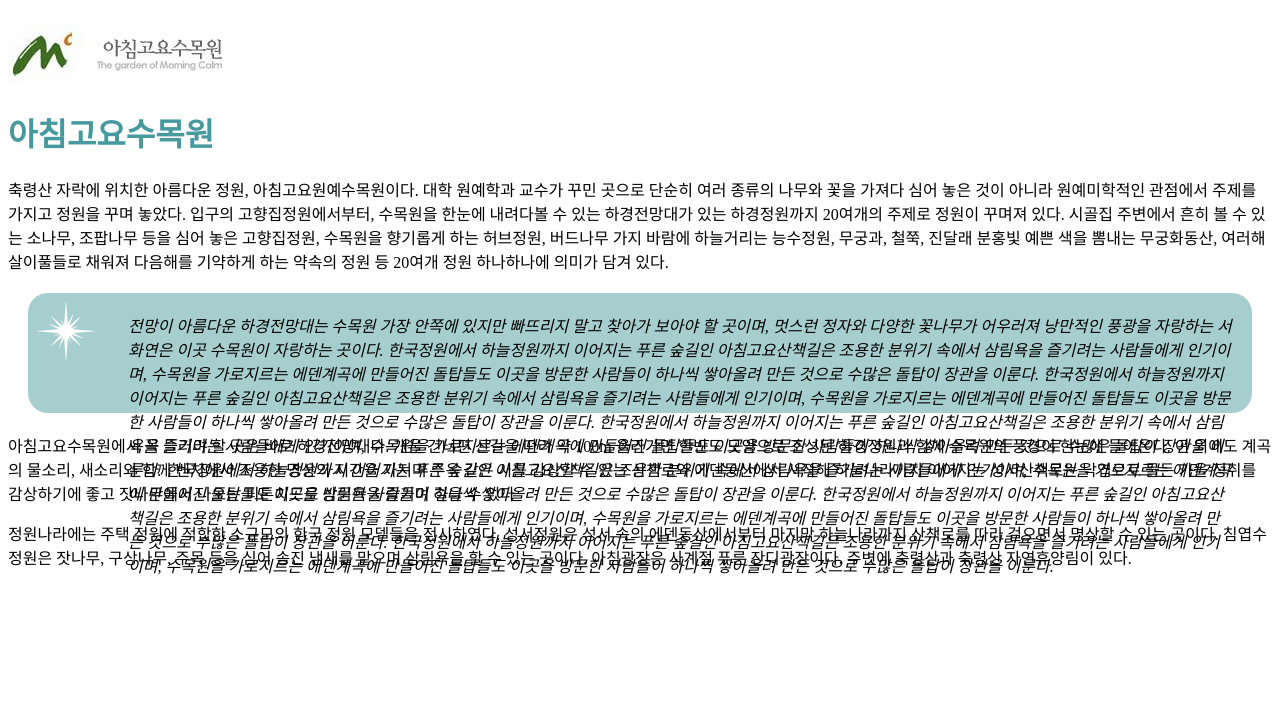
Repository: insunkang/JSP
Page: clientweb/WebContent/css/boxmodel_exam.html
These files come from the project's save history. The page is drawn as it stood at one moment and after the next save; the edit follows.
The browser window is 1280 px wide. The pictures show the whole page.

Above is the page before, as saved 2020-01-03 06:45:20.

### clientweb/WebContent/css/boxmodel_exam.html
<!DOCTYPE html>
<html>
<head>
<meta charset="EUC-KR">
<title>Insert title here</title>
<link type="text/css" rel="stylesheet"
			href="../common/css/box_exam.css">
	<style type="text/css">

	</style>
 </head>
<body>
	<p><img src="../images/logo.jpg" alt="아침고요수목원" /></p>
    <h1>아침고요수목원</h1>
    <p>
     축령산 자락에 위치한 아름다운 정원, 아침고요원예수목원이다. 대학 원예학과 교수가 꾸민 곳으로 단순히 여러 종류의 나무와
     꽃을 가져다 심어 놓은 것이 아니라 원예미학적인 관점에서 주제를 가지고 정원을 꾸며 놓았다. 입구의 고향집정원에서부터,
     수목원을 한눈에 내려다볼 수 있는 하경전망대가 있는 하경정원까지 20여개의 주제로 정원이 꾸며져 있다.
     시골집 주변에서 흔히 볼 수 있는 소나무, 조팝나무 등을 심어 놓은 고향집정원, 수목원을 향기롭게 하는 허브정원,
      버드나무 가지 바람에 하늘거리는 능수정원, 무궁과, 철쭉, 진달래 분홍빛 예쁜 색을 뽐내는 무궁화동산, 여러해살이풀들로
      채워져 다음해를 기약하게 하는 약속의 정원 등 20여개 정원 하나하나에 의미가 담겨 있다.


    </p>
    <p class="myclass">
     전망이 아름다운 하경전망대는 수목원 가장 안쪽에 있지만 빠뜨리지 말고 찾아가 보아야 할 곳이며, 멋스런 정자와 다양한 꽃나무가
     어우러져 낭만적인 풍광을 자랑하는 서화연은 이곳 수목원이 자랑하는 곳이다. 한국정원에서 하늘정원까지 이어지는 푸른 숲길인
     아침고요산책길은 조용한 분위기 속에서 삼림욕을 즐기려는 사람들에게 인기이며, 수목원을 가로지르는 에덴계곡에 만들어진
      돌탑들도 이곳을 방문한 사람들이 하나씩 쌓아올려 만든 것으로 수많은 돌탑이 장관을 이룬다.
       한국정원에서 하늘정원까지 이어지는 푸른 숲길인
     아침고요산책길은 조용한 분위기 속에서 삼림욕을 즐기려는 사람들에게 인기이며, 수목원을 가로지르는 에덴계곡에 만들어진
      돌탑들도 이곳을 방문한 사람들이 하나씩 쌓아올려 만든 것으로 수많은 돌탑이 장관을 이룬다.
       한국정원에서 하늘정원까지 이어지는 푸른 숲길인
     아침고요산책길은 조용한 분위기 속에서 삼림욕을 즐기려는 사람들에게 인기이며, 수목원을 가로지르는 에덴계곡에 만들어진
      돌탑들도 이곳을 방문한 사람들이 하나씩 쌓아올려 만든 것으로 수많은 돌탑이 장관을 이룬다.
       한국정원에서 하늘정원까지 이어지는 푸른 숲길인
     아침고요산책길은 조용한 분위기 속에서 삼림욕을 즐기려는 사람들에게 인기이며, 수목원을 가로지르는 에덴계곡에 만들어진
      돌탑들도 이곳을 방문한 사람들이 하나씩 쌓아올려 만든 것으로 수많은 돌탑이 장관을 이룬다.
       한국정원에서 하늘정원까지 이어지는 푸른 숲길인
     아침고요산책길은 조용한 분위기 속에서 삼림욕을 즐기려는 사람들에게 인기이며, 수목원을 가로지르는 에덴계곡에 만들어진
      돌탑들도 이곳을 방문한 사람들이 하나씩 쌓아올려 만든 것으로 수많은 돌탑이 장관을 이룬다.
       한국정원에서 하늘정원까지 이어지는 푸른 숲길인
     아침고요산책길은 조용한 분위기 속에서 삼림욕을 즐기려는 사람들에게 인기이며, 수목원을 가로지르는 에덴계곡에 만들어진
      돌탑들도 이곳을 방문한 사람들이 하나씩 쌓아올려 만든 것으로 수많은 돌탑이 장관을 이룬다.
    </p>

    <p>
      아침고요수목원에서 꼭 들러야 할 곳은 바로 하경전망대다. 개울 건너편 산길을 따라 약 100m 올라가면 한반도 모양으로 조성된
      하경정원과 함께 수목원의 풍경이 한눈에 들어온다. 이 외에도 계곡의 물소리, 새소리와 함께 벤치에서 조용한 명상의 시간을
      가지며 주옥 같은 시를 감상할 수 있는 산책로와 에덴동산에서 시작해 하늘나라까지 이어지는 성서산책로는 낙엽으로 물든 가을
       정취를 감상하기에 좋고 잣나무에서 나오는 피톤치드로 삼림욕을 즐기며 걸을 수 있다


    </p>
    <p>
      정원나라에는 주택 정원에 적합한 소규모의 한국 정원 모델들을 전시하였다. 성서정원은 성서 속의 에덴동산에서부터 마지막
      하늘나라까지 산책로를 따라 걸으면서 명상할 수 있는 곳이다. 침엽수정원은 잣나무, 구상나무, 주목 등을 심어 송진 냄새를
       맡으며 삼림욕을 할 수 있는 곳이다. 아침광장은 사계절 푸른 잔디광장이다. 주변에 축령산과 축령산 자연휴양림이 있다.


    </p>

</body>
</html>

### clientweb/WebContent/common/css/box_exam.css
@charset "EUC-KR";
h1{
	color: #46999d;
}
.myclass{
	background-image: url("../../images/background.gif");
	background-repeat: no-repeat;
	background-color: #a7cece;
	border: solid wite 1px;
	margin: 20px;
	padding: 20px;
	padding-left:100px;
	height: 80px;
	font-style: italic;
	border-radius: 20px;
}

After the next save:
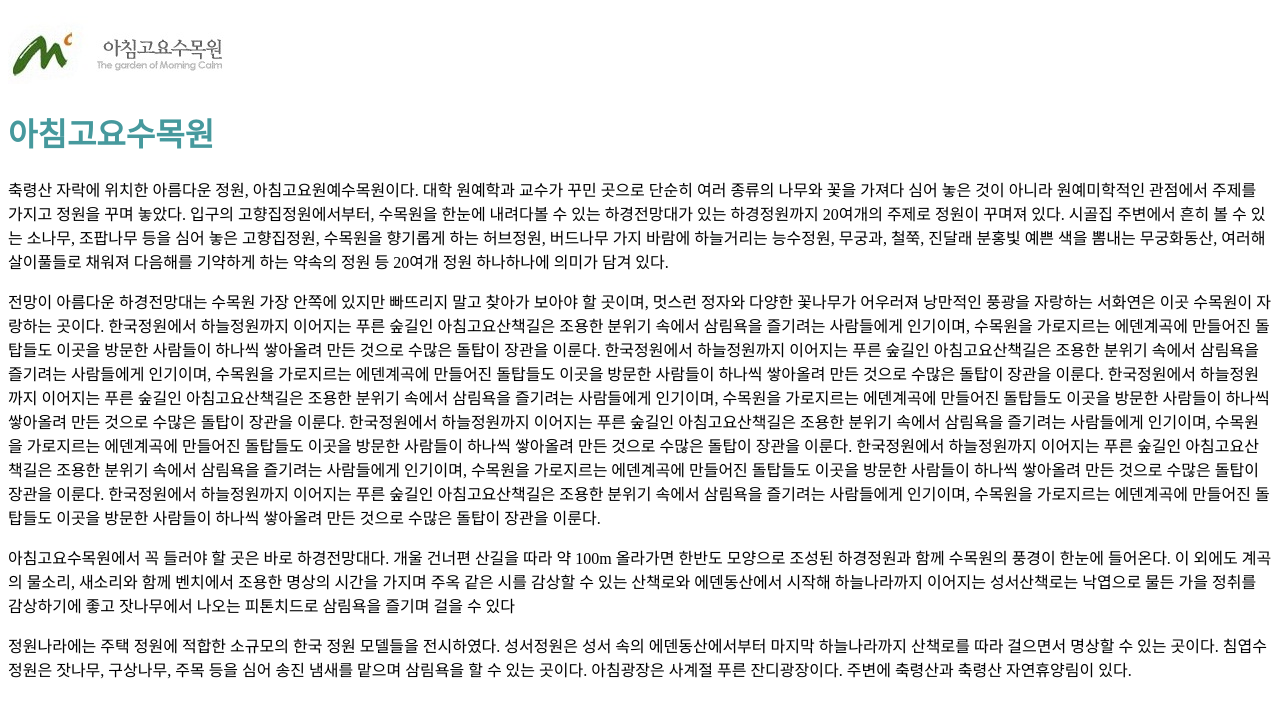
Saved 14 s later.
--- a/clientweb/WebContent/css/boxmodel_exam.html
+++ b/clientweb/WebContent/css/boxmodel_exam.html
@@ -22,7 +22,7 @@
 
 
     </p>
-    <p class="myclass">
+    <p id="myclass">
      전망이 아름다운 하경전망대는 수목원 가장 안쪽에 있지만 빠뜨리지 말고 찾아가 보아야 할 곳이며, 멋스런 정자와 다양한 꽃나무가
      어우러져 낭만적인 풍광을 자랑하는 서화연은 이곳 수목원이 자랑하는 곳이다. 한국정원에서 하늘정원까지 이어지는 푸른 숲길인
      아침고요산책길은 조용한 분위기 속에서 삼림욕을 즐기려는 사람들에게 인기이며, 수목원을 가로지르는 에덴계곡에 만들어진

After the save that followed:
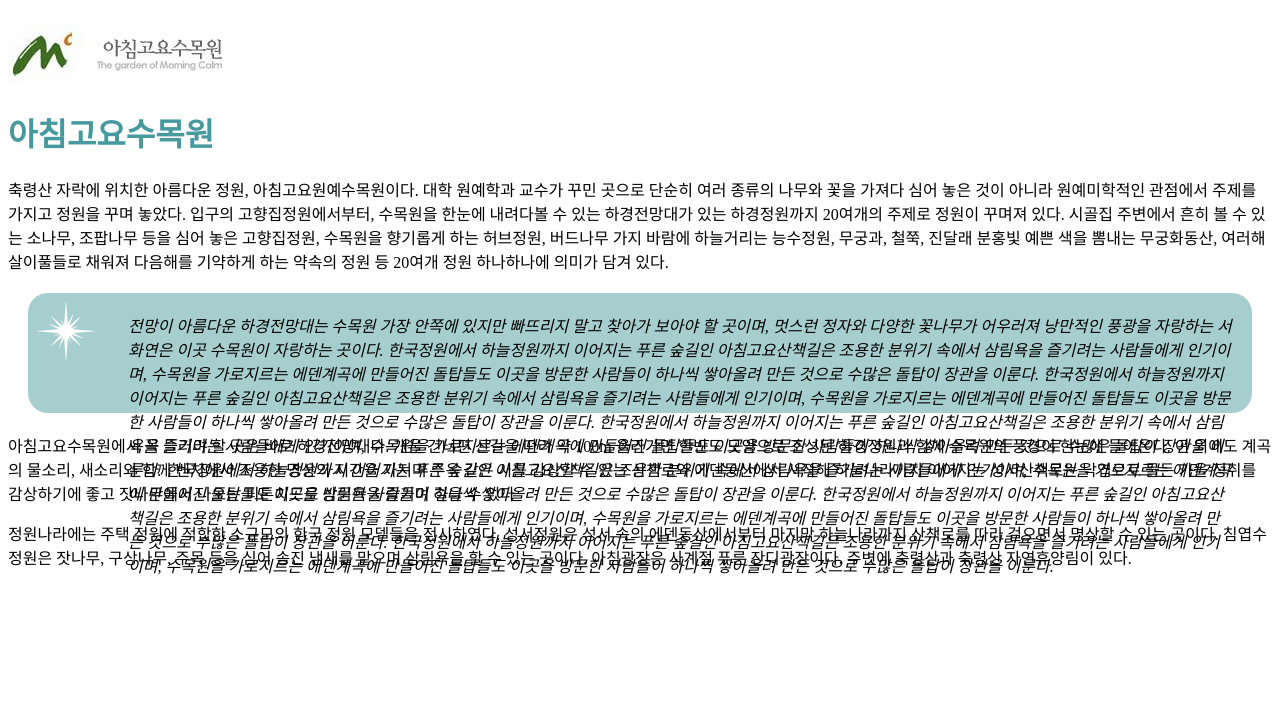
Saved 2 s later.
--- a/clientweb/WebContent/common/css/box_exam.css
+++ b/clientweb/WebContent/common/css/box_exam.css
@@ -2,7 +2,7 @@
 h1{
 	color: #46999d;
 }
-.myclass{
+#myclass{
 	background-image: url("../../images/background.gif");
 	background-repeat: no-repeat;
 	background-color: #a7cece;
